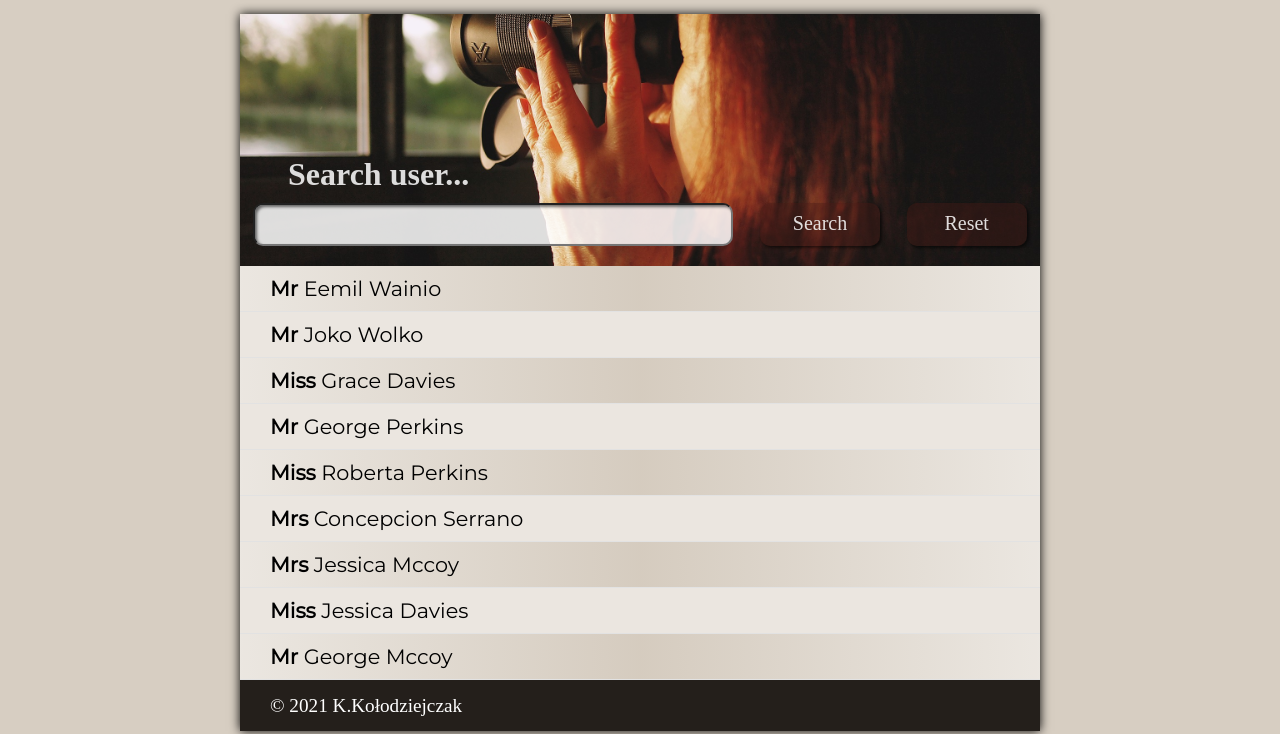
Repository: KrzysKolo/sr_tydzien5_zad4
Page: /
These files come from the project's save history. The page is drawn as it stood at one moment and after the next save; the edit follows.
The browser window is 1280 px wide. The pictures show the whole page.
Some web fonts or font styles are not loaded; a fallback is used. The project was rebuilt for these pictures with package versions that can differ from the ones it lists, and the page was loaded fresh each time.

Above is the page before, as saved 2021-01-03 23:49:11.

### public/index.html
<!DOCTYPE html>
<html lang="en">
  <head>
    <meta charset="utf-8" />
    <link rel="icon" href="%PUBLIC_URL%/favicon.ico" />
    <meta name="viewport" content="width=device-width, initial-scale=1" />
    <meta name="theme-color" content="#000000" />
    <meta
      name="description"
      content="Web site created using create-react-app"
    />
    <link rel="apple-touch-icon" href="%PUBLIC_URL%/logo192.png" />
    <!--
      manifest.json provides metadata used when your web app is installed on a
      user's mobile device or desktop. See https://developers.google.com/web/fundamentals/web-app-manifest/
    -->
    <link rel="manifest" href="%PUBLIC_URL%/manifest.json" />
    <!--
      Notice the use of %PUBLIC_URL% in the tags above.
      It will be replaced with the URL of the `public` folder during the build.
      Only files inside the `public` folder can be referenced from the HTML.

      Unlike "/favicon.ico" or "favicon.ico", "%PUBLIC_URL%/favicon.ico" will
      work correctly both with client-side routing and a non-root public URL.
      Learn how to configure a non-root public URL by running `npm run build`.
    -->
    <link rel="preconnect" href="https://fonts.gstatic.com">
<link href="https://fonts.googleapis.com/css2?family=Finger+Paint&family=Montserrat&family=Over+the+Rainbow&family=Peralta&display=swap" rel="stylesheet">
    <title>User search</title>
  </head>
  <body>
    <noscript>You need to enable JavaScript to run this app.</noscript>
    <div id="root"></div>
    <!--
      This HTML file is a template.
      If you open it directly in the browser, you will see an empty page.

      You can add webfonts, meta tags, or analytics to this file.
      The build step will place the bundled scripts into the <body> tag.

      To begin the development, run `npm start` or `yarn start`.
      To create a production bundle, use `npm run build` or `yarn build`.
    -->
  </body>
</html>

### src/App.js
import React from 'react';
import UsersContainer from './components/UsersContainer';
import Header from './components/Header';
import Footer from './components/Footer';
import './App.css';


const App = () => {

  return (
    <section>
      <Header />
      <UsersContainer/>
      <Footer />
    </section>
  )
}

export default App;

### src/components/UsersContainer.js
import React, { useState, useEffect } from 'react';


const UsersContainer = () => {

  const UsersAPI = '/users.json';

  const [ users, setUsers ] = useState([]);
  const [loading, setLoading] = useState(false);

  useEffect(() => {
    fetch(UsersAPI)
      .then(res => res.json())
      .then(data => {
        console.log(data.users);
        setUsers(data.users);
        setLoading(false);
      })
    }, []);

    if (loading) {
      return <p>Loading countries...</p>;
    }

    const user = users.map(user => (
      <li className="user" key={user.id}><b>{user.title}</b> {user.first} {user.last}</li>
    ))
    return (
        <ul>
					{user}
        </ul>
    )
}

export default UsersContainer;

### src/components/Header.js
import React from 'react';
import Button from './formComponents/Button';
const Header = () => {
    return (
        <div className="header__section">
            <h1 className="header__title">Search user...</h1>
            <form className="header__search-wrapper">
                <input className="header__search" type="text" />
                <Button values="Search" />
                <Button values="Reset" />
            </form>
        </div>
    )
}

export default Header;

### src/components/Footer.js
import React from 'react';

const Footer = () => {
    return (
        <div className="footer__wrapper">
           © 2021 K.Kołodziejczak
        </div>
    )
}

export default Footer;

### src/App.css
* {
  box-sizing: border-box;
  padding: 0;
  margin: 0;
}
body {
  height: 100vh;
  width: 100vw;
  background-color: rgba(206, 194, 179, 0.8);
}
section {
  margin: 2vh auto;
  width: 70%;
  max-width: 800px;
  display: flex;
  flex-direction: column;
  box-shadow: 0 0 10px #000;
}
.header__section {
  height: 35vh;
  background-image: url("./images/girl.jpg");
  background-position: center;
  background-size: cover;
  display: flex;
  flex-direction: column;
  justify-content: flex-end;
}
.header__title {
  font-size: 2rem;
  font-family: "Peralta", cursive;
  margin: 0 auto 10px 3rem;
  color: rgba(255, 255, 255, 0.85);
}
.header__search-wrapper {
  width: 100%;
  margin-bottom: 20px;
  display: flex;
  justify-content: space-around;
}
.header__search {
  padding: 8px 10px;
  width: 60%;
  border-radius: 10px;
  background-color: rgba(255, 255, 255, 0.85);
  box-shadow: inset 2px 2px 3px 0px rgba(0, 0, 0, 0.55);
  font-size: 20px;
}
.header__search-btn {
  background: rgba(71, 26, 20, 0.4);
  color: rgba(255, 255, 255, 0.85);
  width: 15%;
  border-radius: 10px;
  box-shadow: 2px 2px 3px 0px rgba(0, 0, 0, 0.55);
  font-size: 20px;
  text-align: center;
  line-height: 40px;
  transition: 0.2s all ease;
  cursor: pointer;
}
.header__search-btn:hover {
  background: rgba(65, 28, 24, 1);
}
.user {
  font-size: 1.3rem;
  font-family: "Montserrat", sans-serif;
  padding: 10px 30px;
  list-style: none;
  border-bottom: 1px solid rgb(226, 226, 226);
  background-color: rgba(255, 255, 255, 0.5);
}
.user:nth-child(odd) {
  background: linear-gradient(
    90deg,
    rgba(255, 255, 255, 0.5) 0%,
    rgba(206, 194, 179, 0.2) 50%,
    rgba(255, 255, 255, 0.5) 100%
  );
}
.footer__wrapper {
  background-color: rgb(36, 31, 27);
  color: white;
  font-size: 1.2rem;
  padding: 10px 30px;
  width: 100%;
  height: 7vh;
  display: flex;
  align-items: center;
}

### src/components/formComponents/Button.js
import React from 'react';

const Button = ({ values }) => {
    return (
        <div className="header__search-btn">
            {values}
        </div>
    )
}

export default Button;

### public/users.json
{
    "users": [
      {
        "id": 1,
        "title": "Mr",
        "first": "Eemil",
        "last": "Wainio"
       },
      {
        "id": 2,
        "title": "Mr",
        "first": "Joko",
        "last": "Wolko"
      },
      {
        "id": 3,
        "title": "Miss",
        "first": "Grace",
        "last": "Davies"
      },
      {
        "id": 4,
        "title": "Mr ",
        "first": "George ",
        "last": "Perkins"
      },
      {
        "id": 5,
        "title": "Miss",
        "first": "Roberta ",
        "last": "Perkins"
      },
      {
        "id": 6,
        "title": "Mrs ",
        "first": "Concepcion ",
        "last": "Serrano"
      },
      {
        "id": 7,
        "title": "Mrs ",
        "first": "Jessica ",
        "last": "Mccoy"
      },
      {
        "id": 8,
        "title": "Miss",
        "first": "Jessica",
        "last": "Davies"
      },
      {
        "id": 9,
        "title": "Mr",
        "first": "George",
        "last": "Mccoy"
      }
    ]
  }

### src/components/formComponents/Input.js
import React from 'react';

const Input = ({ type, values, onChange }) => {
    return (
        <>
          <input type={type} values={values} onChange={onChange} placeholder="Enter name..." />
        </>
    )
}

export default Input;

Loaded but not shown: src/index.js (common file)

After the next save:
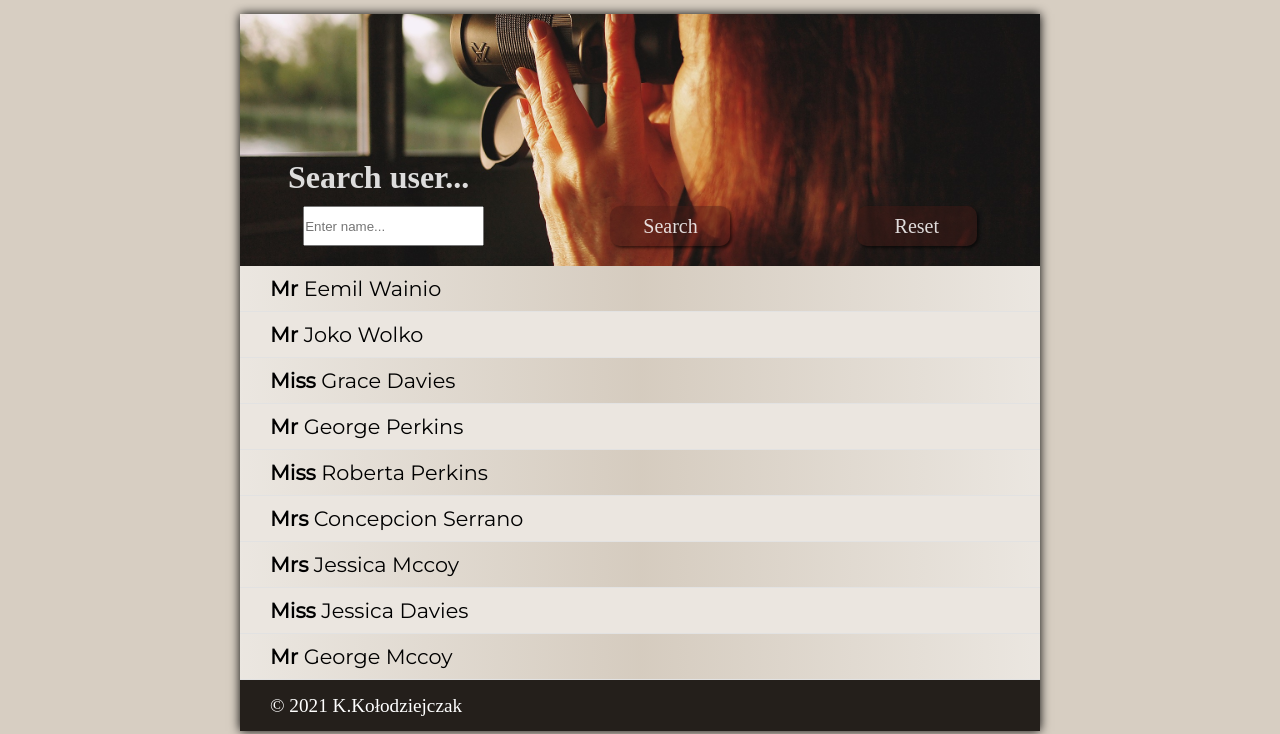
Saved 94 s later.
--- a/src/components/Header.js
+++ b/src/components/Header.js
@@ -1,11 +1,12 @@
 import React from 'react';
 import Button from './formComponents/Button';
+import Input from './formComponents/Input';
 const Header = () => {
     return (
         <div className="header__section">
             <h1 className="header__title">Search user...</h1>
             <form className="header__search-wrapper">
-                <input className="header__search" type="text" />
+                <Input className="header__search" type="text" />
                 <Button values="Search" />
                 <Button values="Reset" />
             </form>

After the 2 saves that followed:
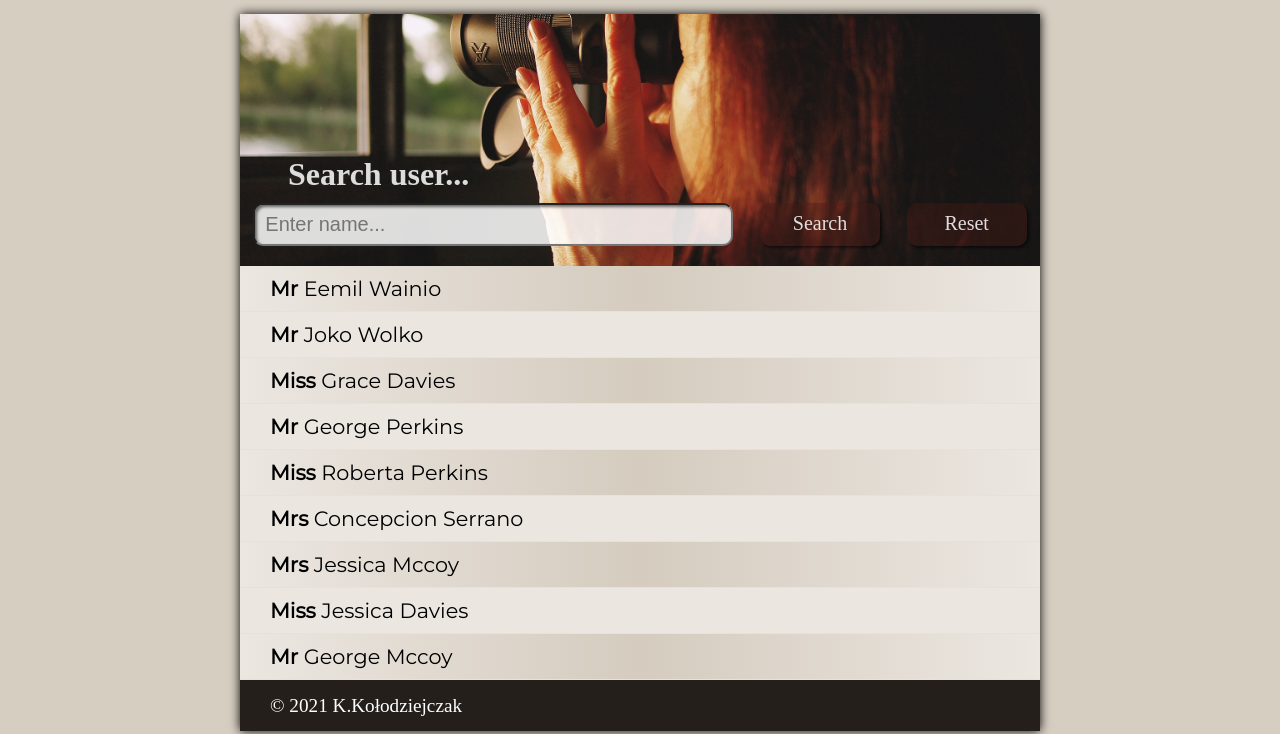
The 2 saves are shown as one change because 1 left the picture as it was.
The last was saved 94 s later.
--- a/src/components/Header.js
+++ b/src/components/Header.js
@@ -6,7 +6,7 @@ const Header = () => {
         <div className="header__section">
             <h1 className="header__title">Search user...</h1>
             <form className="header__search-wrapper">
-                <Input className="header__search" type="text" />
+                <Input type="text" />
                 <Button values="Search" />
                 <Button values="Reset" />
             </form>
--- a/src/components/formComponents/Input.js
+++ b/src/components/formComponents/Input.js
@@ -3,7 +3,7 @@ import React from 'react';
 const Input = ({ type, values, onChange }) => {
     return (
         <>
-          <input type={type} values={values} onChange={onChange} placeholder="Enter name..." />
+          <input className="header__search" type={type} values={values} onChange={onChange} placeholder="Enter name..." />
         </>
     )
 }
